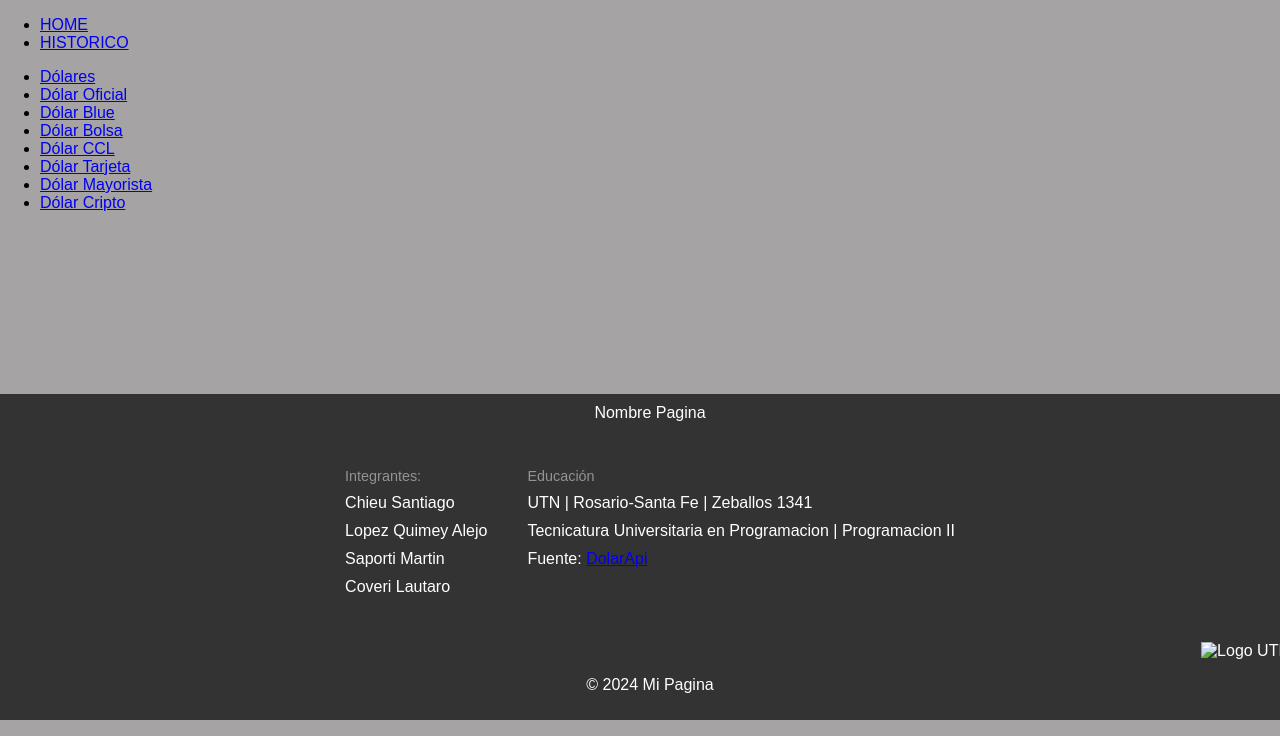
Repository: QuimeyAlejo/TP-Prog
Page: Tp-Prog/Client/index.html
An editor plug-in stored every save of this project. The page is shown before and after the next save, followed by the edit.
The browser window is 1280 px wide. The pictures show the whole page.

Above is the page before, as saved 2024-08-24 22:10:53.
Not found: Tp-Prog/Client/utn.png

### Tp-Prog/Client/index.html
<!DOCTYPE html>
<html lang="en">

<head>
    <meta charset="UTF-8">
    <meta name="viewport" content="width=device-width, initial-scale=1.0">
    <link rel="stylesheet" href="styles.css">
    <title>DolarApi</title>

</head>

<body>
    <nav class="menu">
        <ul>
            <li><a href="#">HOME</a></li>
            <li><a href="#">HISTORICO</a></li>
        </ul>
    </nav>
    <aside>
        <ul>
            <li><a href="#">Dólares</a></li>
            <li><a href="#">Dólar Oficial</a></li>
            <li><a href="#">Dólar Blue</a></li>
            <li><a href="#">Dólar Bolsa </a></li>
            <li><a href="#">Dólar CCL</a></li>
            <li><a href="#">Dólar Tarjeta</a></li>
            <li><a href="#">Dólar Mayorista</a></li>
            <li><a href="#">Dólar Cripto</a></li>
        </ul>

    </aside>

</body>

<body>
    <footer>
        <span class="titulo-pagina">Nombre Pagina</span>

        <div class="info">

            <ul>
                <li class="titulo">Integrantes:</li>
                <li>Chieu Santiago</li>
                <li>Lopez Quimey Alejo</li>
                <li>Saporti Martin</li>
                <li>Coveri Lautaro</li>
            </ul>

            <ul>
                <li class="titulo">Educación</li>
                <li>UTN | Rosario-Santa Fe | Zeballos 1341</li>
                <li>Tecnicatura Universitaria en Programacion | Programacion II</li>
                <li>Fuente: <a href="https://dolarapi.com/docs/">DolarApi</a></li>
            </ul>
        </div>
        <div align="right">
            <img src="utn.png" alt="Logo UTN" height="50px" width="50px">
        </div>
        <p> &copy; 2024 Mi Pagina</p>
    </footer>

</body>

</html>

### Tp-Prog/Client/styles.css
body {
    background-color: #a5a3a3;
    font-family: Arial, Helvetica, sans-serif;
    margin: 0;
    padding: 0;
    height: 100vh;
}

footer {
    background-color: #333;
    color: #fff;
    text-align: center;
    padding: 10px;
    position: fixed;
    bottom: 0;
    width: 100%;
}

.titulo {
    font-size: 1.5em;
}

footer ul {
    list-style-type: none;
    padding: 0;
    text-align: left;
}

footer ul li {
    margin: 10px 10px;
}

.info {
    display: flex;
    justify-content: center;
    margin-block: 20px;
    gap: 20px;
}

.titulo {
    font-size: 0.9em;
    color: #949393;
}

img {
    align-items: right;
}

@media screen and (max-width: 600px) {
    .info {
        flex-direction: column;
    }
    footer {
        display: flex;
        flex-direction: column;
        align-items: center;
    }
}

After the next save:
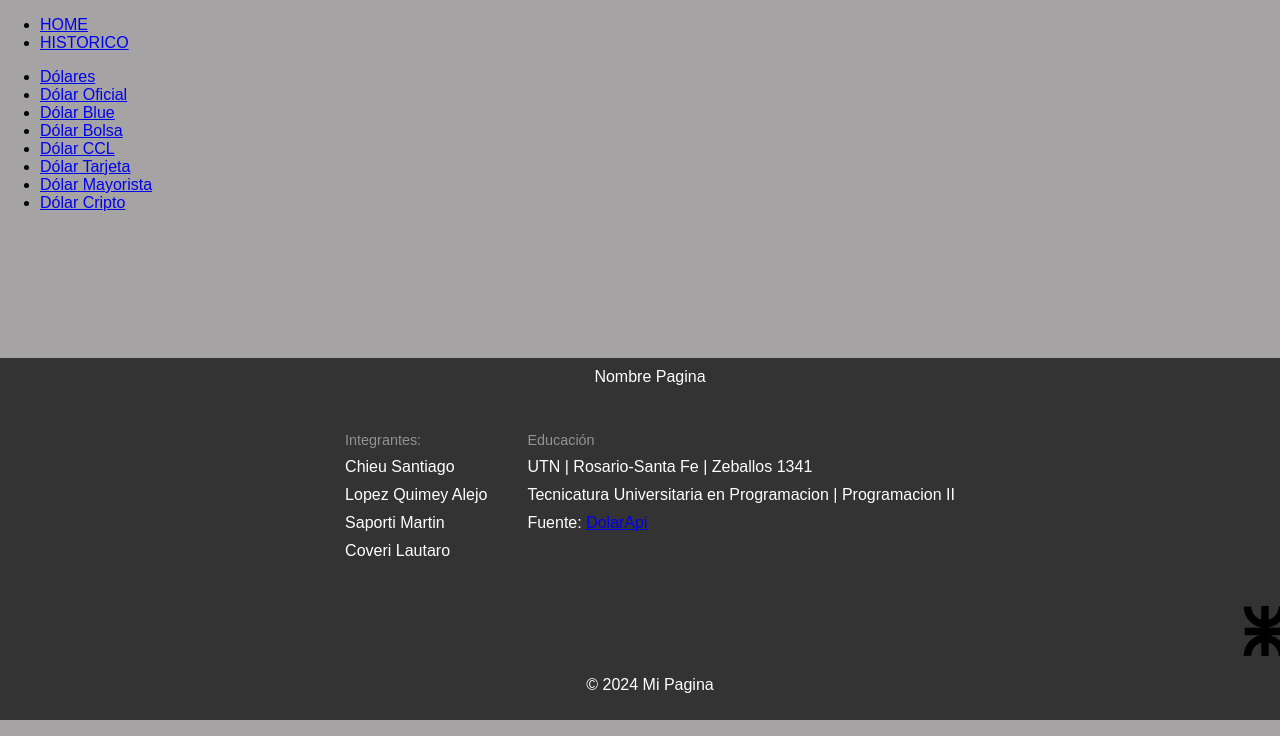
Saved 2 min 37 s later.
--- a/Tp-Prog/Client/index.html
+++ b/Tp-Prog/Client/index.html
@@ -54,7 +54,7 @@
             </ul>
         </div>
         <div align="right">
-            <img src="utn.png" alt="Logo UTN" height="50px" width="50px">
+            <img src="./Img/utn.png" alt="Logo UTN" height="50px" width="50px">
         </div>
         <p> &copy; 2024 Mi Pagina</p>
     </footer>
